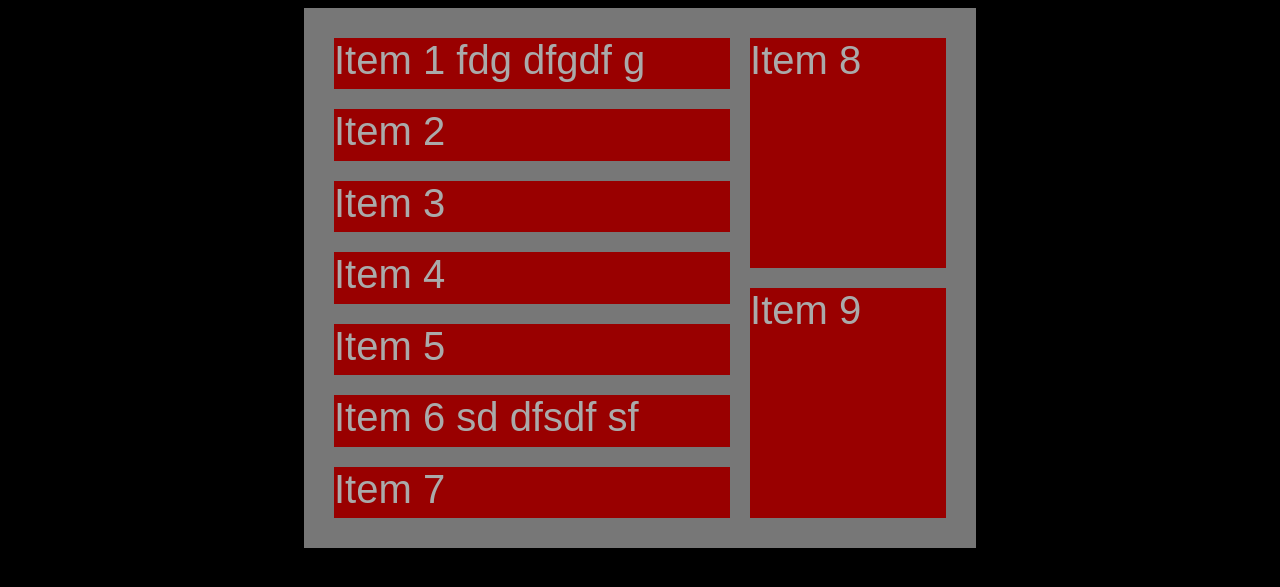
Repository: vitorgiovane/origamid-flexblog
Page: index.html
These files come from the project's save history. The page is drawn as it stood at one moment and after the next save; the edit follows.
The browser window is 1280 px wide. The pictures show the whole page.

Above is the page before, as saved 2019-02-24 21:52:44.

### index.html
<!DOCTYPE html>
<html lang="en">
<head>
  <meta charset="UTF-8">
  <meta name="viewport" content="width=device-width, initial-scale=1.0">
  <meta http-equiv="X-UA-Compatible" content="ie=edge">
  <link rel="stylesheet" href="style.css">
  <title>Document</title>
</head>
<body>
  <div class="container">
    <div class="item">Item 1 fdg dfgdf g</div>
    <div class="item">Item 2</div>
    <div class="item">Item 3</div>
    <div class="item">Item 4</div>
    <div class="item">Item 5</div>
    <div class="item">Item 6 sd dfsdf sf</div>
    <div class="item">Item 7</div>
    <div class="item">Item 8</div>
    <div class="item">Item 9</div>
  </div>

</body>
</html>

### style.css
body{
  background-color: black;
  color: #aaa;
}

.container{
  background-color: #777;
  padding:20px;
  display: flex;
  /* flex-direction: row; */
  width: 50%;
  height: 500px;
  margin: auto;
  /* flex-wrap: wrap-reverse; */
  flex-flow: column wrap;
  justify-content: space-around;
}

.item{
  background-color: #900;
  margin:10px;
  flex: 1;
  font-size: 40px;
  font-family: sans-serif;
}

After the next save:
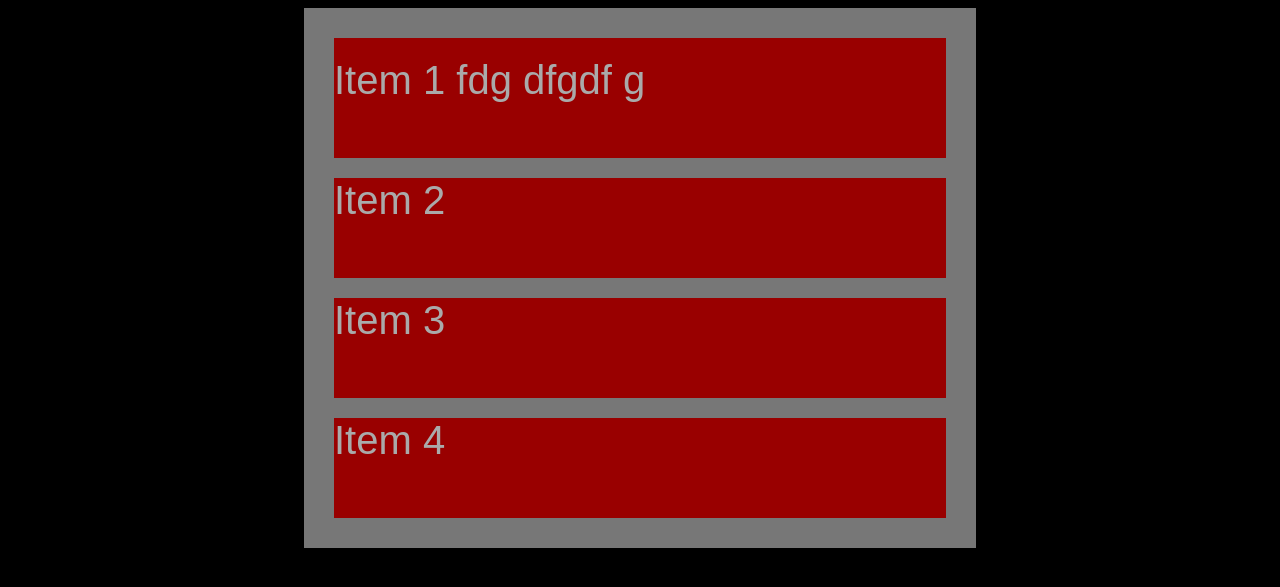
Saved 7 min 18 s later.
--- a/index.html
+++ b/index.html
@@ -9,15 +9,15 @@
 </head>
 <body>
   <div class="container">
-    <div class="item">Item 1 fdg dfgdf g</div>
+    <div class="item" style="padding-top:20px;">Item 1 fdg dfgdf g</div>
     <div class="item">Item 2</div>
     <div class="item">Item 3</div>
     <div class="item">Item 4</div>
-    <div class="item">Item 5</div>
+    <!-- <div class="item">Item 5</div>
     <div class="item">Item 6 sd dfsdf sf</div>
     <div class="item">Item 7</div>
     <div class="item">Item 8</div>
-    <div class="item">Item 9</div>
+    <div class="item">Item 9</div> -->
   </div>
 
 </body>
